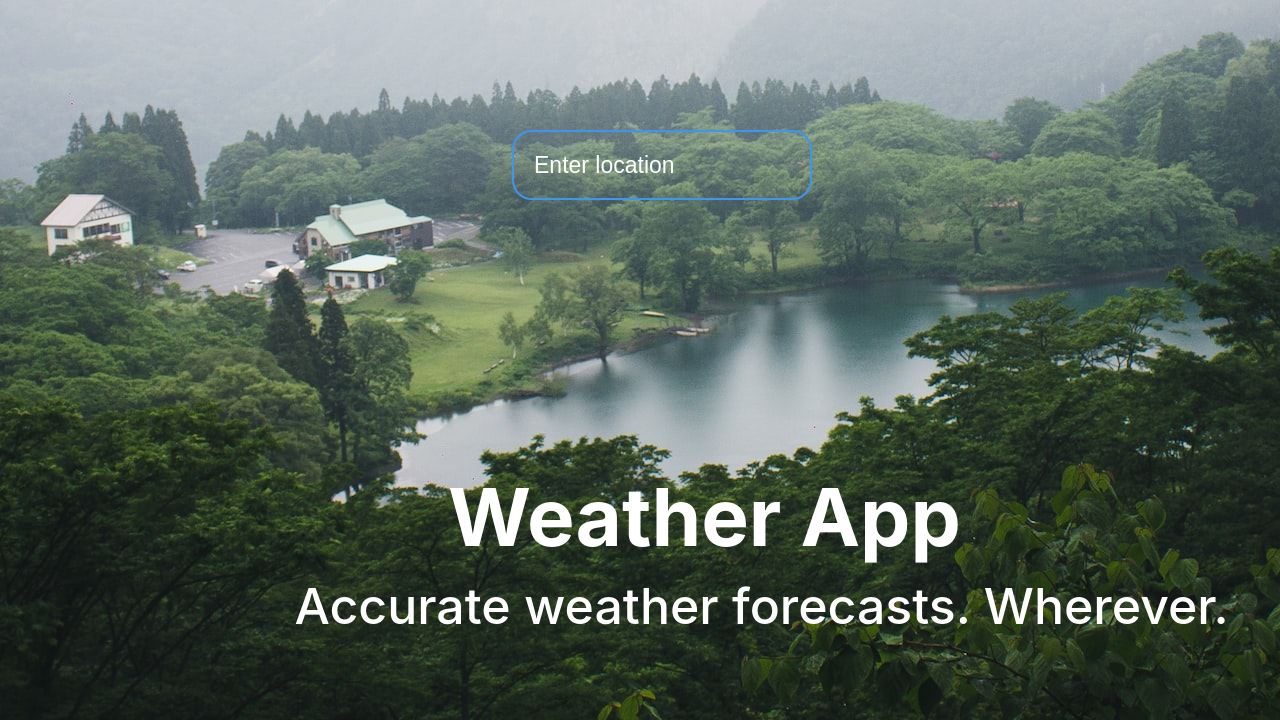
Repository: RenataDzotova/WeatherForecast
Page: /
The author's editor kept a copy of each file at every save. The page is drawn from the files as they stood at one save, then again after the next save.
The browser window is 1280 px wide. The pictures show the whole page.
The project was rebuilt for these pictures with package versions that can differ from the ones it lists, and the page was loaded fresh each time. The framework's server and built-in components were replaced by stand-ins that run in the browser. Also part of the build but not shown: next.config.js, styles/Home.module.css.

Above is the page before, as saved 2023-01-19 16:48:38.

After the next save:
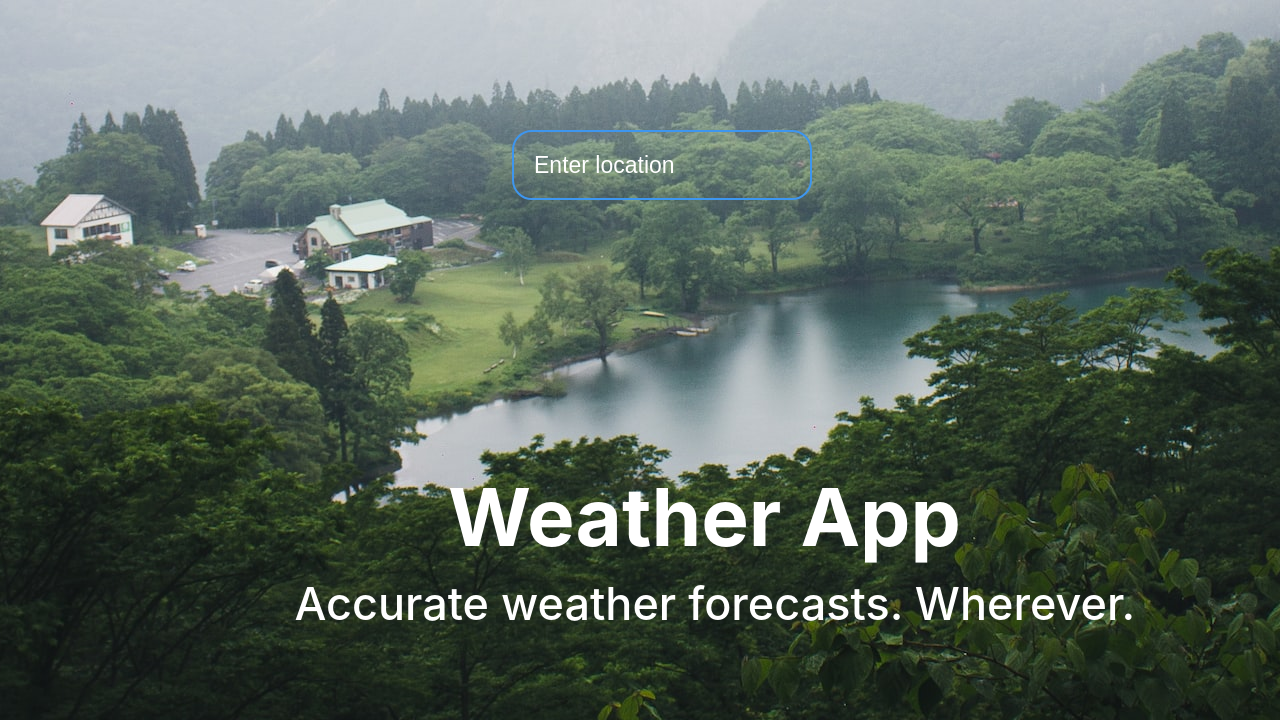
Saved 19 s later.
--- a/styles/globals.css
+++ b/styles/globals.css
@@ -24,7 +24,7 @@ body {
 }
 
 .descText{
-  font-size: 50px;
+  font-size: 45px;
   font-weight: 500;
   color: white;
   background-color: transparent;
